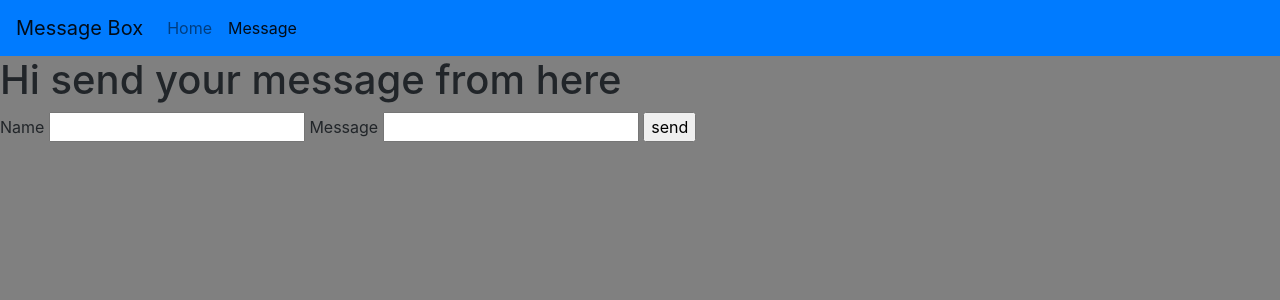
Repository: 05Mohammedismail/xworkz--Advance-Java
Page: Sep08_Servlets(HTML content as the HTTP response)/src/main/webapp/message.html
The author's editor kept a copy of each file at every save. The page is drawn from the files as they stood at one save, then again after the next save.
The browser window is 1280 px wide. The pictures show the whole page.

Above is the page before, as saved 2023-09-10 19:13:01.

### Sep08_Servlets(HTML content as the HTTP response)/src/main/webapp/message.html
<!DOCTYPE html>
<html>
<head>
<meta charset="ISO-8859-1">
<meta name="viewport" content="width=device-width, initial-scale=1, shrink-to-fit=no">
<link rel="stylesheet" href="https://cdn.jsdelivr.net/npm/bootstrap@4.0.0/dist/css/bootstrap.min.css" integrity="sha384-Gn5384xqQ1aoWXA+058RXPxPg6fy4IWvTNh0E263XmFcJlSAwiGgFAW/dAiS6JXm" crossorigin="anonymous">
<title>Insert title here</title>
<style>
body{
background-color: grey;
}
</style>
</head>
<body>
<nav class="navbar navbar-expand-lg navbar-light bg-primary">
  <a class="navbar-brand" href="#">Message Box</a>
  <button class="navbar-toggler" type="button" data-toggle="collapse" data-target="#navbarNav" aria-controls="navbarNav" aria-expanded="false" aria-label="Toggle navigation">
    <span class="navbar-toggler-icon"></span>
  </button>
  <div class="collapse navbar-collapse" id="navbarNav">
    <ul class="navbar-nav">
    <li class="nav-item">
        <a class="nav-link" href="index.html">Home</a>
      </li>
      <li class="nav-item active">
        <a class="nav-link" href="#">Message <span class="sr-only">(current)</span></a>
      </li>
    </ul>
  </div>
</nav>
<h1>Hi send your message from here</h1>
<form action="message">
Name <input type="text" name="name">
Message <input type="text" name="msg">
<input type="submit" value="send">
</form>
</body>
</html>

After the next save:
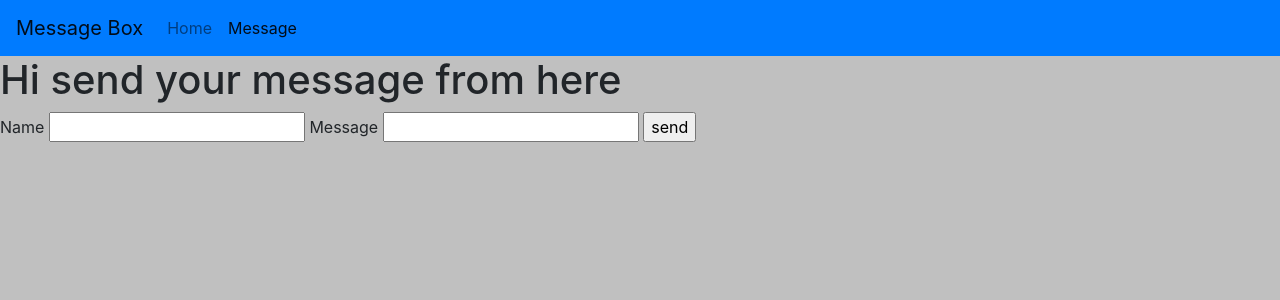
Saved 27 s later.
--- a/Sep08_Servlets(HTML content as the HTTP response)/src/main/webapp/message.html
+++ b/Sep08_Servlets(HTML content as the HTTP response)/src/main/webapp/message.html
@@ -7,7 +7,7 @@
 <title>Insert title here</title>
 <style>
 body{
-background-color: grey;
+background-color: silver;
 }
 </style>
 </head>
